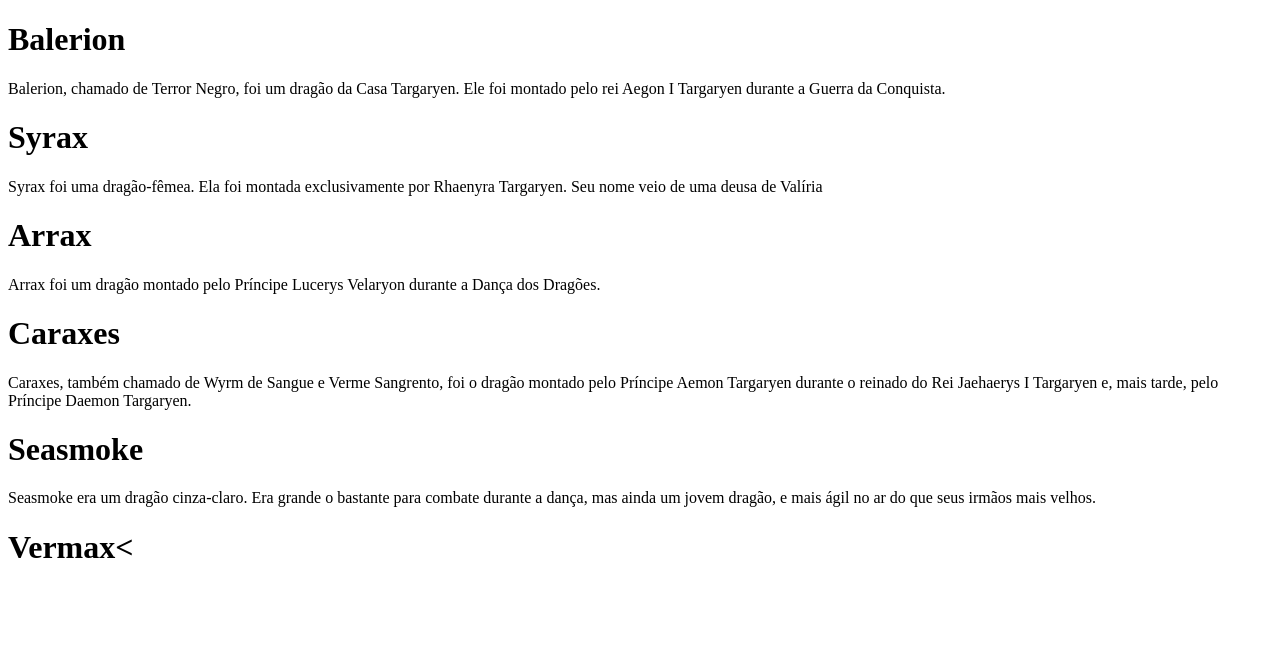
Repository: Caiquedev123/Dragaoes-progeto
Page: index.html
An editor plug-in stored every save of this project. The page is shown before and after the next save, followed by the edit.
The browser window is 1280 px wide. The pictures show the whole page.

Above is the page before, as saved 2024-08-09 11:23:29.

After the next save:
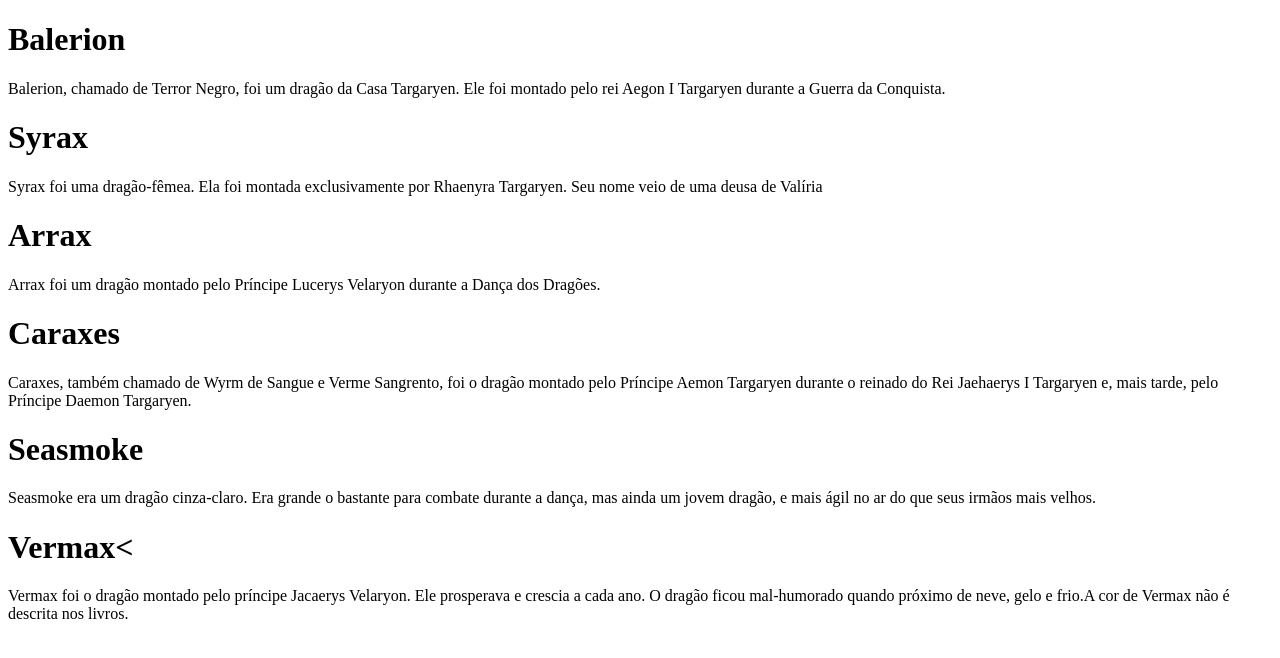
Saved 13 s later.
--- a/index.html
+++ b/index.html
@@ -43,7 +43,7 @@
             <div class="informacoes ativa">
                 <h1>Vermax<</h1>
 
-                <p class="descricao"></p>
+                <p class="descricao">Vermax foi o dragão montado pelo príncipe Jacaerys Velaryon. Ele prosperava e crescia a cada ano. O dragão ficou mal-humorado quando próximo de neve, gelo e frio.A cor de Vermax não é descrita nos livros.</p>
             </div>
 
 
